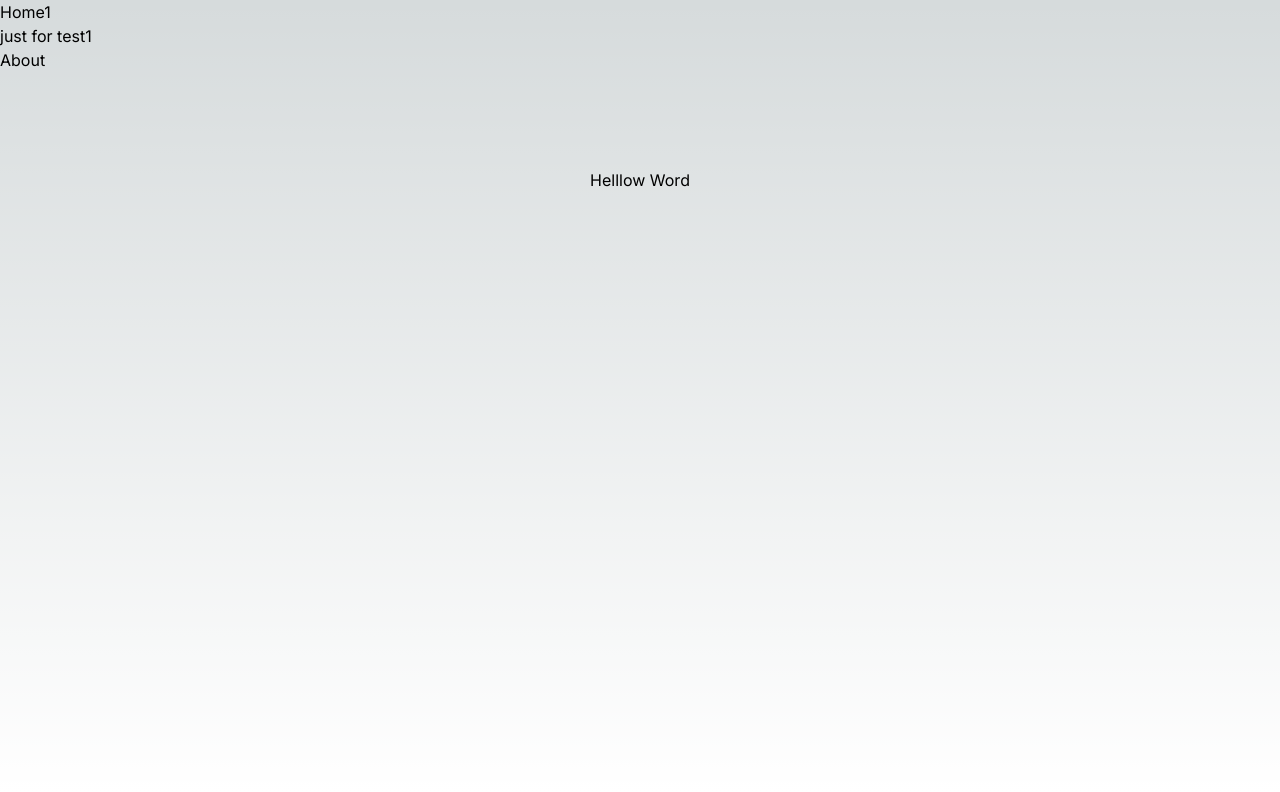
Repository: Waikato153/kiwicms
Page: /settings
The author's editor kept a copy of each file at every save. The page is drawn from the files as they stood at one save, then again after the next save.
The browser window is 1280 px wide. The pictures show the whole page.
The project was rebuilt for these pictures with package versions that can differ from the ones it lists, and the page was loaded fresh each time. The framework's server and built-in components were replaced by stand-ins that run in the browser. Also part of the build but not shown: next.config.mjs.

Above is the page before, as saved 2024-05-05 22:03:07.

After the next save:
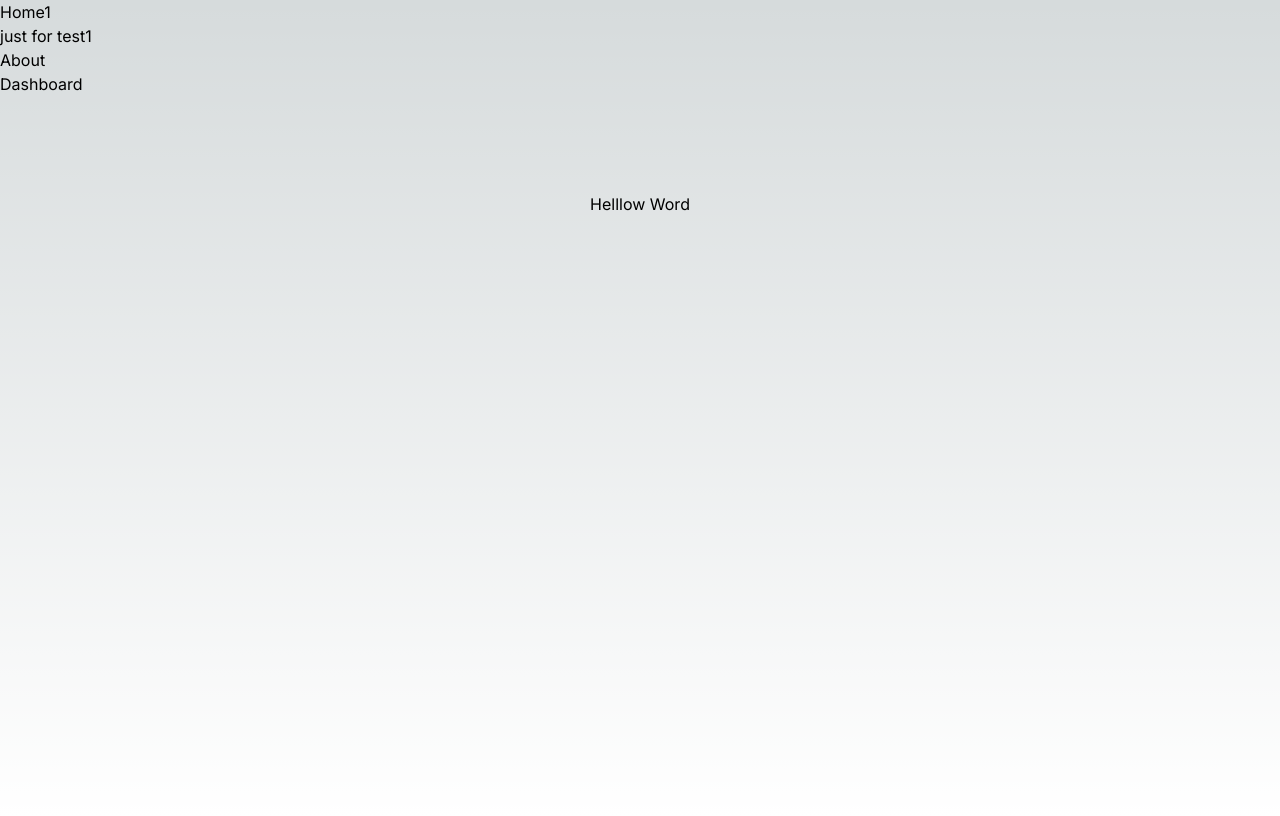
Saved 20 s later.
--- a/src/app/settings/layout.tsx
+++ b/src/app/settings/layout.tsx
@@ -18,7 +18,9 @@
       <section>
         {/* Include shared UI here e.g. a header or sidebar */}
         <nav></nav>
-
+          <h1>Dashboard</h1>
+          {team}
+          {analytics}
         {children}
       </section>
     )

After the save that followed:
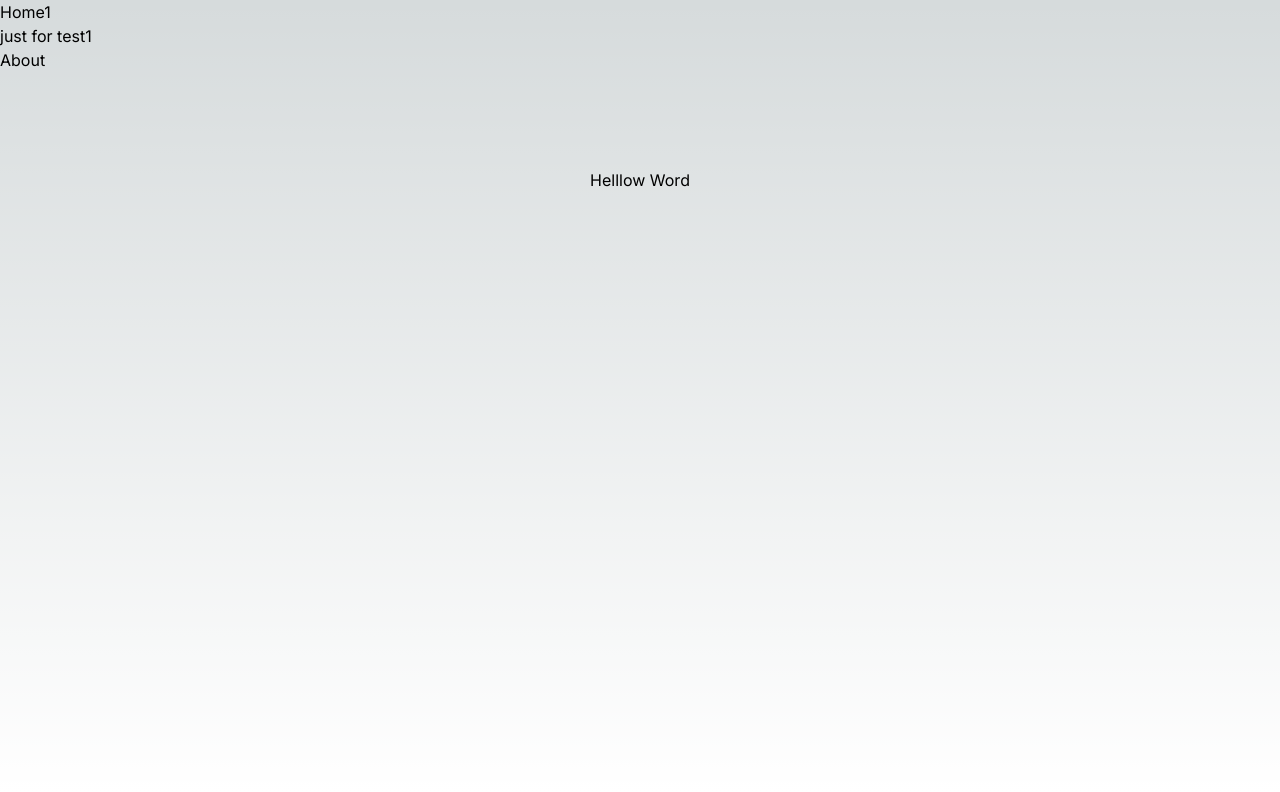
Saved 2 min 31 s later.
--- a/src/app/settings/layout.tsx
+++ b/src/app/settings/layout.tsx
@@ -7,20 +7,14 @@
 
 export default function DashboardLayout({
     children, // will be a page or nested layout
-    team,
-  analytics
   }: {
     children: React.ReactNode
-    team: React.ReactNode
-    analytics: React.ReactNode
   }) {
     return (
       <section>
         {/* Include shared UI here e.g. a header or sidebar */}
         <nav></nav>
-          <h1>Dashboard</h1>
-          {team}
-          {analytics}
+
         {children}
       </section>
     )
